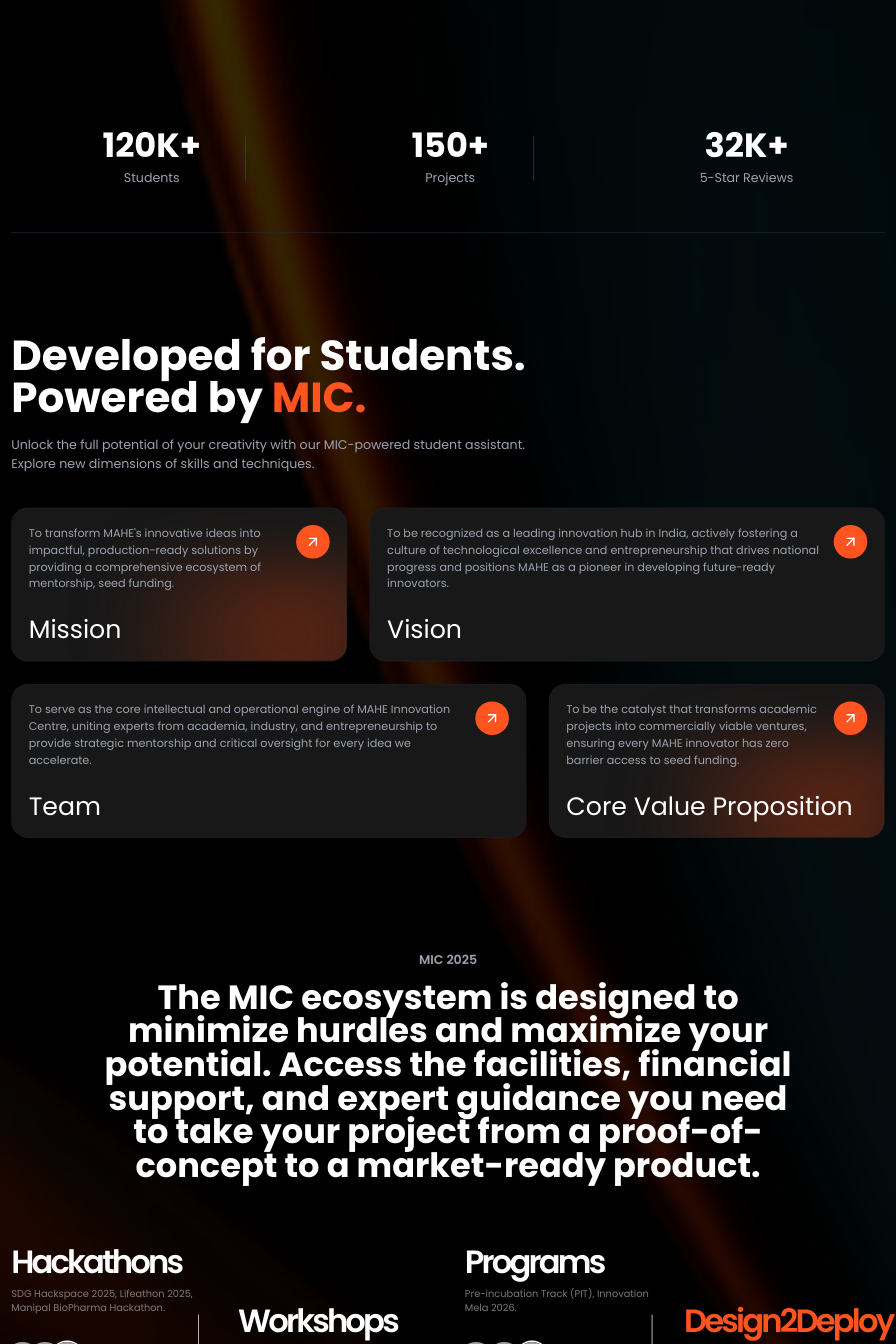
Repository: Sourish-19/Axiom
Page: /
These files come from the project's save history. The page is drawn as it stood at one moment and after the next save; the edit follows.
The browser window is 1280 px wide. The pictures show the part of the page from y = 560 to 2480 px (the page is 5731 px tall), at 70% of full size.
Pictures or frames that could not be fetched are drawn as grey boxes. Some web libraries are served in a nearby version. The project was rebuilt for these pictures with package versions that can differ from the ones it lists, and the page was loaded fresh each time. Also part of the build but not shown: vite.config.ts, components/Modal.tsx, components/ContactForm.tsx, components/EventRegistrationForm.tsx.

Above is the page before, as saved 2025-10-01 22:16:40.

### index.html
<!DOCTYPE html>
<html lang="en" class="scroll-smooth">
  <head>
    <meta charset="UTF-8" />
    <link rel="icon" type="image/svg+xml" href="/vite.svg" />
    <meta name="viewport" content="width=device-width, initial-scale=1.0" />
    <title>Axiom Landing Page</title>
    <script src="https://cdn.tailwindcss.com"></script>
    <style>
      @import url('https://fonts.googleapis.com/css2?family=Poppins:wght@400;500;600;700;800;900&display=swap');
      body {
        font-family: 'Poppins', sans-serif;
      }
    </style>
  <script type="importmap">
{
  "imports": {
    "react/": "https://aistudiocdn.com/react@^19.1.1/",
    "react": "https://aistudiocdn.com/react@^19.1.1",
    "react-dom/": "https://aistudiocdn.com/react-dom@^19.1.1/"
  }
}
</script>
</head>
  <body>
    <div id="root"></div>
    <script type="module" src="/index.tsx"></script>
  </body>
</html>

### App.tsx

import React, { useState } from 'react';
import Header from './components/Header';
import Hero from './components/Hero';
import Stats from './components/Stats';
import DevelopedForStudents from './components/DevelopedForStudents';
import MICSystem from './components/MICSystem';
import Launchpad from './components/Launchpad';
import FAQ from './components/FAQ';
import CTA from './components/CTA';
import Footer from './components/Footer';
import Modal from './components/Modal';
import ContactForm from './components/ContactForm';
import EventRegistrationForm from './components/EventRegistrationForm';

function App() {
  const [isContactModalOpen, setIsContactModalOpen] = useState(false);
  const [isEventModalOpen, setIsEventModalOpen] = useState(false);

  return (
    <div className="bg-black text-white overflow-hidden relative">
      {/* Background elements */}
      <div className="absolute inset-0 z-0 opacity-20" style={{ backgroundImage: `url(${'/axiom_bg2.jpg'})`, backgroundSize: 'cover' }}></div>
      {/* <img src='/axiom_bg2.png' alt="background glow top" className="absolute -top-1/2 -right-1/4 w-full h-auto z-0 opacity-50 mix-blend-screen" />
      <img src="https://i.imgur.com/9v1M618.png" alt="background wave bottom" className="absolute -bottom-1/3 left-0 w-full h-auto z-0 opacity-40 mix-blend-screen" /> */}


      <div className="relative z-10">
        <Header onContactClick={() => setIsContactModalOpen(true)} />
        <main>
          <Hero onEventClick={() => setIsEventModalOpen(true)} />
          <Stats />
          <DevelopedForStudents />
          <MICSystem onEventClick={() => setIsEventModalOpen(true)} />
          <Launchpad onContactClick={() => setIsContactModalOpen(true)} />
          <FAQ />
          <CTA onContactClick={() => setIsContactModalOpen(true)} />
        </main>
        <Footer onContactClick={() => setIsContactModalOpen(true)}/>
      </div>

      {isContactModalOpen && (
        <Modal isOpen={isContactModalOpen} onClose={() => setIsContactModalOpen(false)}>
          <ContactForm />
        </Modal>
      )}

      {isEventModalOpen && (
        <Modal isOpen={isEventModalOpen} onClose={() => setIsEventModalOpen(false)}>
          <EventRegistrationForm />
        </Modal>
      )}
    </div>
  );
}

export default App;

### components/Header.tsx

import React, { useState, useEffect } from 'react';

const navLinks = [
  { name: 'Home', href: '#home' },
  { name: 'About MIC', href: '#about' },
  { name: 'Events', href: '#events' },
  { name: 'Resources', href: '#resources' },
  { name: 'FAQs', href: '#faqs' },
];

interface HeaderProps {
  onContactClick: () => void;
}

const Header: React.FC<HeaderProps> = ({ onContactClick }) => {
  const [activeLink, setActiveLink] = useState('home');
  const [isScrolled, setIsScrolled] = useState(false);

  useEffect(() => {
    const handleScroll = () => {
      const sections = ['home', 'about', 'events', 'resources', 'faqs', 'contact'];
      const scrollPosition = window.scrollY + 100;

      let currentSection = 'home';
      for (const sectionId of sections) {
        const section = document.getElementById(sectionId);
        if (section && section.offsetTop <= scrollPosition) {
          currentSection = sectionId;
        }
      }

      // Map contact to faqs for nav link highlighting
      // const navSection = currentSection === 'contact' ? 'faqs' : currentSection;
      setActiveLink(currentSection);

      setIsScrolled(window.scrollY > 10);
    };

    window.addEventListener('scroll', handleScroll);
    return () => {
      window.removeEventListener('scroll', handleScroll);
    };
  }, []);

  return (
    <header className={`fixed top-0 left-0 right-0 z-50 transition-all duration-300 ${isScrolled ? 'bg-black/80 backdrop-blur-md  ' : 'bg-transparent'} py-6 px-4 md:px-8 lg:px-16 xl:px-32`}>
      <div className="container mx-auto flex justify-between items-center">
        <div className="flex items-center">
            <img src="/axiom_logo.png" alt="Axiom Logo" className="h-8 w-auto" />
        </div>
        <nav className="hidden lg:flex items-center space-x-8">
          {navLinks.map((link) => (
            <a
              key={link.name}
              href={link.href}
              className={`relative text-base text-gray-300 hover:text-white transition-colors ${activeLink === link.href.substring(1) ? 'text-white' : ''}`}
            >
              {link.name}
              {activeLink === link.href.substring(1) && (
                  <span className="absolute bottom-[-8px] left-0 w-full h-0.5 bg-[#FF541F] rounded-full"></span>
              )}
            </a>
          ))}
        </nav>
        <div className="flex items-center space-x-4">
          <button onClick={onContactClick} className="bg-gradient-to-r from-[#FF541F] to-[#FF8A65] text-white px-6 py-2 rounded-md font-semibold hover:opacity-90 transition-opacity">
            Contact us
          </button>
          <button className="lg:hidden text-white">
            <svg className="w-6 h-6" fill="none" stroke="currentColor" viewBox="0 0 24 24" xmlns="http://www.w3.org/2000/svg"><path strokeLinecap="round" strokeLinejoin="round" strokeWidth="2" d="M4 6h16M4 12h16m-7 6h7"></path></svg>
          </button>
        </div>
      </div>
    </header>
  );
};

export default Header;

### components/Hero.tsx
import React from 'react';
import { StarIcon } from './Icons';

interface HeroProps {
  onEventClick: () => void;
}

const Hero: React.FC<HeroProps> = ({ onEventClick }) => {
  return (
    <section
      id="home"
      className="py-20 md:py-32 px-4 relative"
    >
      <div className="container mx-auto text-center relative">
        <div className="flex justify-center items-center mb-6 bg-gray-900 bg-opacity-50 border border-gray-700 rounded-full px-4 py-2 w-fit mx-auto backdrop-blur-sm">
          <div className="flex -space-x-2 mr-3">
            <img className="inline-block h-8 w-8 rounded-full ring-2 ring-gray-800" src="https://picsum.photos/id/1027/50/50" alt="Peer 1" />
            <img className="inline-block h-8 w-8 rounded-full ring-2 ring-gray-800" src="https://picsum.photos/id/1011/50/50" alt="Peer 2" />
            <img className="inline-block h-8 w-8 rounded-full ring-2 ring-gray-800" src="https://picsum.photos/id/1012/50/50" alt="Peer 3" />
          </div>
          <div className="flex flex-col mr-3">
            <div className="flex">
                {[...Array(5)].map((_, i) => <StarIcon key={i} className="w-4 h-4" />)}
            </div>
            <span className="text-gray-300 text-xs mt-1">115+ happy peers</span>
          </div>
        </div>

        <h1 className="text-5xl md:text-7xl font-extrabold leading-tight">
          Automate <span className="text-[#FF541F]">Intelligence.</span>
          <br />
          Accelerate Growth.
        </h1>
        <p className="max-w-2xl mx-auto mt-6 text-lg text-gray-400">
          Our AI-powered SaaS platform empowers businesses to streamline operations, automate repetitive tasks, and make smarter, data-driven decisions—all from one intuitive dashboard.
        </p>
        <div className="mt-10 flex flex-col sm:flex-row justify-center items-center gap-4">
          <button onClick={onEventClick} className="bg-gradient-to-r from-[#FF541F] to-[#FF8A65] text-white px-8 py-3 rounded-md font-semibold text-lg hover:opacity-90 transition-opacity w-full sm:w-auto">
            Get Started
          </button>
          <a href="#" className="border border-gray-600 text-white px-8 py-3 rounded-md font-semibold text-lg hover:bg-gray-800 transition-colors w-full sm:w-auto">
            Get In Touch
          </a>
        </div>
      </div>
    </section>
  );
};

export default Hero;

### components/Stats.tsx

import React from 'react';

const stats = [
  { value: '120K+', label: 'Students' },
  { value: '150+', label: 'Projects' },
  { value: '32K+', label: '5-Star Reviews' },
];

const Stats = () => {
  return (
    <section className="py-16 px-4">
      <div className="container mx-auto">
        <div className="flex flex-col md:flex-row justify-around items-center text-center gap-10">
          {stats.map((stat, index) => (
            <div key={index} className="relative w-full md:w-auto">
              {index < stats.length - 1 && <div className="hidden md:block absolute top-1/2 right-0 transform -translate-y-1/2 h-16 w-px bg-gray-700 -mr-16"></div>}
              <p className="text-5xl font-bold text-white">{stat.value}</p>
              <p className="mt-2 text-lg text-gray-400">{stat.label}</p>
            </div>
          ))}
        </div>
        <div className="mt-16 border-t border-gray-800"></div>
      </div>
    </section>
  );
};

export default Stats;

### components/DevelopedForStudents.tsx
import React from 'react';
import { ArrowRightIcon } from './Icons';

interface CardProps {
  title: string;
  content: string;
  className?: string;
  hasGradient?: boolean;
}

const Card: React.FC<CardProps> = ({ title, content, className = '', hasGradient = false }) => {
  return (
    <div
      className={`bg-[#181818] h-[220px] border border-gray-800/50 rounded-3xl group relative overflow-hidden ${className}`}
    >
      {hasGradient && (
        <div aria-hidden="true" className="absolute z-1 top-1/3 left-1/3 size-full bg-[radial-gradient(circle,_#602614_0%,_transparent_100%)] blur-2xl"></div>
      )}

      <div className='absolute z-2 top-0 bottom-0 left-0 right-0 p-6 flex flex-col justify-between'>
        <div className="flex justify-between items-start">
          <p className="text-gray-400 text-base pr-4">{content}</p>
          <div className="bg-[#FF541F] p-3 rounded-full text-white group-hover:rotate-45 transition-transform duration-300 flex-shrink-0">
            <ArrowRightIcon className="w-6 h-6 transform -rotate-45" />
          </div>
        </div>

        <div>
          <h3 className="text-4xl font-thin">{title}</h3>
        </div>
      </div>
    </div>
  );
};


const DevelopedForStudents = () => {
  return (
    <section id="about" className="py-20 px-4">
      <div className="container mx-auto">
        <div className="max-w-3xl mb-12">
          <h2 className="text-5xl md:text-6xl font-bold leading-tight">
            Developed for Students.
            <br />
            Powered by <span className="text-[#FF541F]">MIC.</span>
          </h2>
          <p className="mt-6 text-lg text-gray-400">
            Unlock the full potential of your creativity with our MIC-powered student assistant. Explore new dimensions of skills and techniques.
          </p>
        </div>

        <div className="grid grid-cols-1 md:grid-cols-5 gap-8">
          <Card
            className="md:col-span-2"
            title="Mission"
            content="To transform MAHE's innovative ideas into impactful, production-ready solutions by providing a comprehensive ecosystem of mentorship, seed funding."
            hasGradient={true}
          />
          <Card
            className="md:col-span-3 border border-[#49271d]"
            title="Vision"
            content="To be recognized as a leading innovation hub in India, actively fostering a culture of technological excellence and entrepreneurship that drives national progress and positions MAHE as a pioneer in developing future-ready innovators."
          />
          <Card
            className="md:col-span-3 border border-[#49271d]"
            title="Team"
            content="To serve as the core intellectual and operational engine of MAHE Innovation Centre, uniting experts from academia, industry, and entrepreneurship to provide strategic mentorship and critical oversight for every idea we accelerate."
          />
          <Card
            className="md:col-span-2"
            title="Core Value Proposition"
            content="To be the catalyst that transforms academic projects into commercially viable ventures, ensuring every MAHE innovator has zero barrier access to seed funding."
            hasGradient={true}
          />
        </div>
      </div>
    </section>
  );
};

export default DevelopedForStudents;

### components/CTA.tsx

import React from 'react';
import { ArrowRightIcon } from './Icons';

interface CTAProps {
    onContactClick: () => void;
}

const CTA: React.FC<CTAProps> = ({ onContactClick }) => {
    return (
        <section id="contact" className="py-20 px-4 flex justify-center">
            <div className="relative overflow-hidden bg-[#181818] border border-white/10 rounded-3xl text-center w-[1120px] h-[374.78px] p-8 md:p-12">

                {/* Background Grid */}
                <div className="absolute inset-0 bg-[linear-gradient(to_right,#80808012_1px,transparent_1px),linear-gradient(to_bottom,#80808012_1px,transparent_1px)] bg-[2rem_2rem] opacity-50"></div>

                {/* Background Gradient */}
                <div className="absolute inset-0 bg-[radial-gradient(ellipse_at_top_center,_rgba(255,84,31,0.3),_transparent_50%)]"></div>

                <div className="relative z-10 flex flex-col items-center justify-center h-full">
                    <h2 className="text-4xl md:text-5xl font-bold">
                        Ready to work with us?
                    </h2>
                    <p className="text-lg text-gray-300 mt-6 max-w-3xl mx-auto">
                        Have an innovative idea, a partnership proposal, or a question about the MAHE Innovation Centre?
                        Reach out to us today—we're ready to connect and help accelerate your journey.
                    </p>
                    <div className="mt-10">
                        <button
                            onClick={onContactClick}
                            className="bg-[#FF541F] text-white px-8 py-4 rounded-md font-semibold text-lg hover:bg-opacity-90 transition-all inline-flex items-center gap-2"
                        >
                            Join Us <ArrowRightIcon className="w-5 h-5" />
                        </button>
                    </div>
                </div>
            </div>
        </section>
    );
};

export default CTA;

### components/Footer.tsx

import React from 'react';
import { GitHubIcon, GlobeIcon } from './Icons';

interface FooterProps {
    onContactClick: () => void;
}

const Footer: React.FC<FooterProps> = ({ onContactClick }) => {
  return (
    <footer className="py-16 px-4 md:px-8 lg:px-16 xl:px-32 border-t border-gray-800">
      <div className="container mx-auto">
        <div className="grid grid-cols-1 md:grid-cols-12 gap-12">
          {/* About Us */}
          <div className="md:col-span-5 lg:col-span-6">
             <img src="/axiom_logo.png" alt="Axiom Logo" className="h-10 w-auto mb-4" />
            <p className="text-gray-400 max-w-md">
                The MAHE Innovation Centre (MIC) is the dedicated hub for fostering and accelerating technological and entrepreneurial spirit within the Manipal Academy of Higher Education (MAHE) ecosystem.
            </p>
          </div>

          {/* Useful Links */}
          <div className="md:col-span-3 lg:col-span-3">
            <h4 className="text-lg font-semibold mb-4 text-white">Useful Links</h4>
            <ul className="space-y-3">
              <li><a href="#home" className="text-gray-400 hover:text-white transition-colors">Home</a></li>
              <li><a href="#about" className="text-gray-400 hover:text-white transition-colors">About MIC</a></li>
              <li><a href="#events" className="text-gray-400 hover:text-white transition-colors">Events / Resources</a></li>
              <li><button onClick={onContactClick} className="text-gray-400 hover:text-white transition-colors text-left">Contact</button></li>
            </ul>
          </div>

          {/* Connect With Us */}
          <div className="md:col-span-4 lg:col-span-3">
            <h4 className="text-lg font-semibold mb-4 text-white">Connect With Us</h4>
            <ul className="space-y-3 text-gray-400">
                <li>BSF Campus, Yelahanka,</li>
                <li>Govindapura, Bengaluru,</li>
                <li>Karnataka 560064</li>
                <li className="pt-2"><a href="tel:+1233242653" className="hover:text-white transition-colors">+123 324 2653</a></li>
                <li><a href="mailto:username@mail.com" className="hover:text-white transition-colors">username@mail.com</a></li>
            </ul>
          </div>
        </div>
        <div className="mt-16 border-t border-gray-800 pt-8 flex flex-col sm:flex-row justify-between items-center text-gray-500">
            <p>© 2025 All Right Reserved.</p>
            <div className="flex space-x-4 mt-4 sm:mt-0">
                <a href="#" className="w-10 h-10 flex items-center justify-center bg-gray-800 rounded-full hover:bg-[#FF541F] text-gray-400 hover:text-white transition-colors"><GitHubIcon className="w-5 h-5" /></a>
                <a href="#" className="w-10 h-10 flex items-center justify-center bg-gray-800 rounded-full hover:bg-[#FF541F] text-gray-400 hover:text-white transition-colors"><GlobeIcon className="w-5 h-5" /></a>
            </div>
        </div>
      </div>
    </footer>
  );
};

export default Footer;

### components/Icons.tsx

import React from 'react';

// FIX: Changed component signature to use React.FC to correctly handle React-specific props like 'key'.
export const StarIcon: React.FC<{ className?: string }> = ({ className }) => (
  <svg className={className} width="16" height="15" viewBox="0 0 16 15" fill="none" xmlns="http://www.w3.org/2000/svg">
    <path d="M8 0L9.79611 5.52786H15.6085L10.9062 8.94427L12.7023 14.4721L8 11.0557L3.29772 14.4721L5.09383 8.94427L0.391548 5.52786H6.20389L8 0Z" fill="#ff541f"/>
  </svg>
);

// FIX: Changed component signature to use React.FC to correctly handle React-specific props like 'key'.
export const ArrowRightIcon: React.FC<{ className?: string }> = ({ className }) => (
  <svg className={className} width="24" height="24" viewBox="0 0 24 24" fill="none" xmlns="http://www.w3.org/2000/svg">
    <path d="M5 12H19" stroke="currentColor" strokeWidth="2" strokeLinecap="round" strokeLinejoin="round"/>
    <path d="M12 5L19 12L12 19" stroke="currentColor" strokeWidth="2" strokeLinecap="round" strokeLinejoin="round"/>
  </svg>
);

// FIX: Changed component signature to use React.FC to correctly handle React-specific props like 'key'.
export const ChevronDownIcon: React.FC<{ className?: string }> = ({ className }) => (
  <svg className={className} width="24" height="24" viewBox="0 0 24 24" fill="none" xmlns="http://www.w3.org/2000/svg">
    <path d="M6 9L12 15L18 9" stroke="currentColor" strokeWidth="2" strokeLinecap="round" strokeLinejoin="round"/>
  </svg>
);

// FIX: Changed component signature to use React.FC to correctly handle React-specific props like 'key'.
export const CheckCircleIcon: React.FC<{ className?: string }> = ({ className }) => (
    <svg className={className} width="20" height="20" viewBox="0 0 20 20" fill="none" xmlns="http://www.w3.org/2000/svg">
        <path d="M10 18.3333C14.6024 18.3333 18.3333 14.6024 18.3333 10C18.3333 5.39763 14.6024 1.66666 10 1.66666C5.39763 1.66666 1.66666 5.39763 1.66666 10C1.66666 14.6024 5.39763 18.3333 10 18.3333Z" stroke="currentColor" strokeWidth="1.5" strokeLinecap="round" strokeLinejoin="round"/>
        <path d="M7.5 10L9.16667 11.6667L12.5 8.33334" stroke="currentColor" strokeWidth="1.5" strokeLinecap="round" strokeLinejoin="round"/>
    </svg>
);

export const GitHubIcon: React.FC<{ className?: string }> = ({ className }) => (
  <svg className={className} viewBox="0 0 24 24" fill="currentColor" xmlns="http://www.w3.org/2000/svg">
    <path fillRule="evenodd" clipRule="evenodd" d="M12 2C6.477 2 2 6.477 2 12c0 4.418 2.865 8.168 6.839 9.492.5.092.682-.217.682-.482 0-.237-.009-.868-.014-1.703-2.782.605-3.369-1.343-3.369-1.343-.454-1.158-1.11-1.466-1.11-1.466-.908-.62.069-.608.069-.608 1.003.07 1.531 1.032 1.531 1.032.892 1.53 2.341 1.088 2.91.832.092-.647.35-1.088.636-1.338-2.22-.253-4.555-1.113-4.555-4.951 0-1.093.39-1.988 1.032-2.688-.103-.253-.446-1.272.098-2.65 0 0 .84-.27 2.75 1.026A9.564 9.564 0 0112 6.82c.85.004 1.705.115 2.504.337 1.909-1.296 2.747-1.027 2.747-1.027.546 1.378.203 2.398.1 2.65.64.7 1.03 1.595 1.03 2.688 0 3.848-2.338 4.695-4.566 4.943.359.309.678.92.678 1.855 0 1.338-.012 2.419-.012 2.747 0 .268.18.578.688.482A10.001 10.001 0 0022 12c0-5.523-4.477-10-10-10z"/>
  </svg>
);

export const GlobeIcon: React.FC<{ className?: string }> = ({ className }) => (
    <svg className={className} fill="none" stroke="currentColor" viewBox="0 0 24 24" xmlns="http://www.w3.org/2000/svg">
        <path strokeLinecap="round" strokeLinejoin="round" strokeWidth="2" d="M3.055 11H5a2 2 0 012 2v1a2 2 0 002 2h10a2 2 0 002-2v-1a2 2 0 012-2h1.945M7.735 4.055A9 9 0 1016.265 19.945M12 18a6 6 0 100-12 6 6 0 000 12z"></path>
    </svg>
);

export const XIcon: React.FC<{ className?: string }> = ({ className }) => (
    <svg className={className} fill="none" stroke="currentColor" viewBox="0 0 24 24" xmlns="http://www.w3.org/2000/svg">
        <path strokeLinecap="round" strokeLinejoin="round" strokeWidth="2" d="M6 18L18 6M6 6l12 12"></path>
    </svg>
);

Loaded but not shown: index.tsx (common file); components/MICSystem.tsx (128 lines, source omitted); components/Launchpad.tsx (132 lines, source omitted); components/FAQ.tsx (103 lines, source omitted)

After the next save:
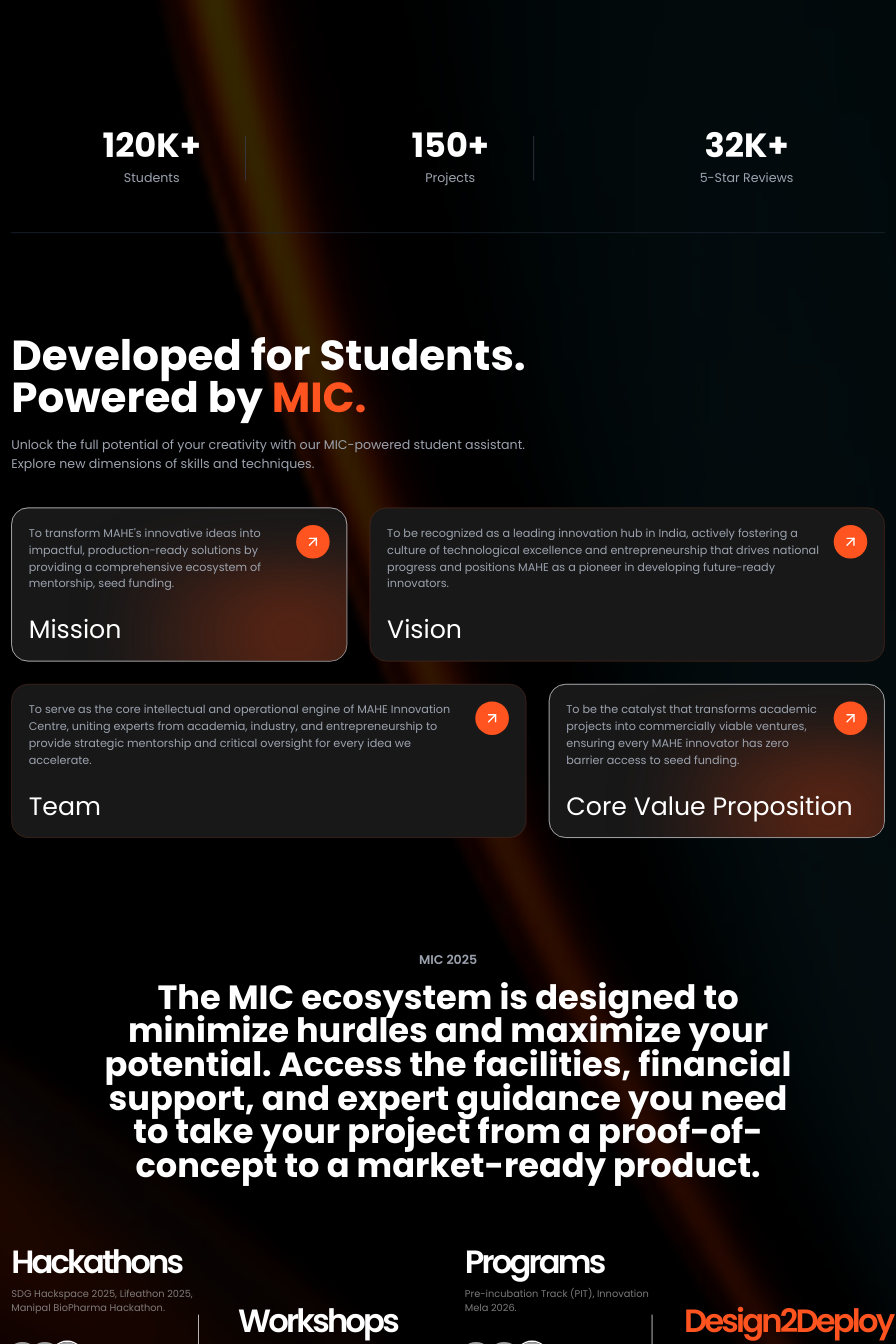
Saved 34 s later.
--- a/components/DevelopedForStudents.tsx
+++ b/components/DevelopedForStudents.tsx
@@ -11,7 +11,7 @@
 const Card: React.FC<CardProps> = ({ title, content, className = '', hasGradient = false }) => {
   return (
     <div
-      className={`bg-[#181818] h-[220px] border border-gray-800/50 rounded-3xl group relative overflow-hidden ${className}`}
+      className={`bg-[#181818] h-[220px] border rounded-3xl group relative overflow-hidden ${className}`}
     >
       {hasGradient && (
         <div aria-hidden="true" className="absolute z-1 top-1/3 left-1/3 size-full bg-[radial-gradient(circle,_#602614_0%,_transparent_100%)] blur-2xl"></div>
